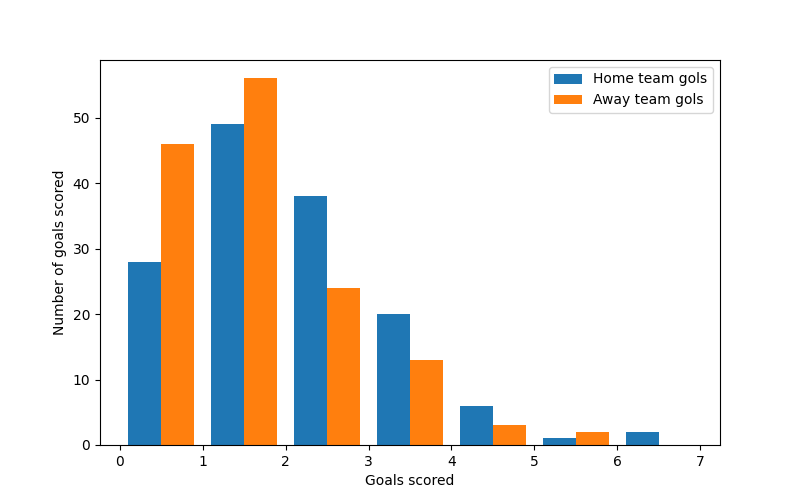
Repository: nelsonalexandrino/python_matplotlib_datavisualization_
Script's output: python Histograms.py
An editor plug-in stored every save of this project. The script's output is shown before and after the next save, followed by the edit.
Random numbers start from a fixed seed.

Above is the script's output before, as saved 2019-08-25 12:50:38.

After the next save:
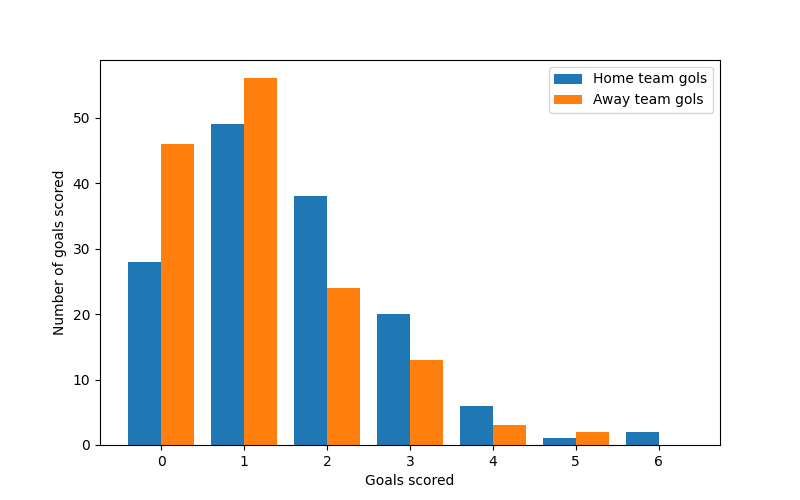
Saved 28 s later.
--- a/Histograms.py
+++ b/Histograms.py
@@ -9,7 +9,7 @@ with open('Goals.txt', 'r') as file:
 
 pyplot.figure(figsize=(8, 5))
 pyplot.hist(x=(HomeTeamGoals, AwayTeamGoals), bins=range(8),
-            label=['Home team gols', 'Away team gols'])
+            label=['Home team gols', 'Away team gols'], align='left')
 pyplot.legend()
 pyplot.xlabel('Goals scored')
 pyplot.ylabel('Number of goals scored')
